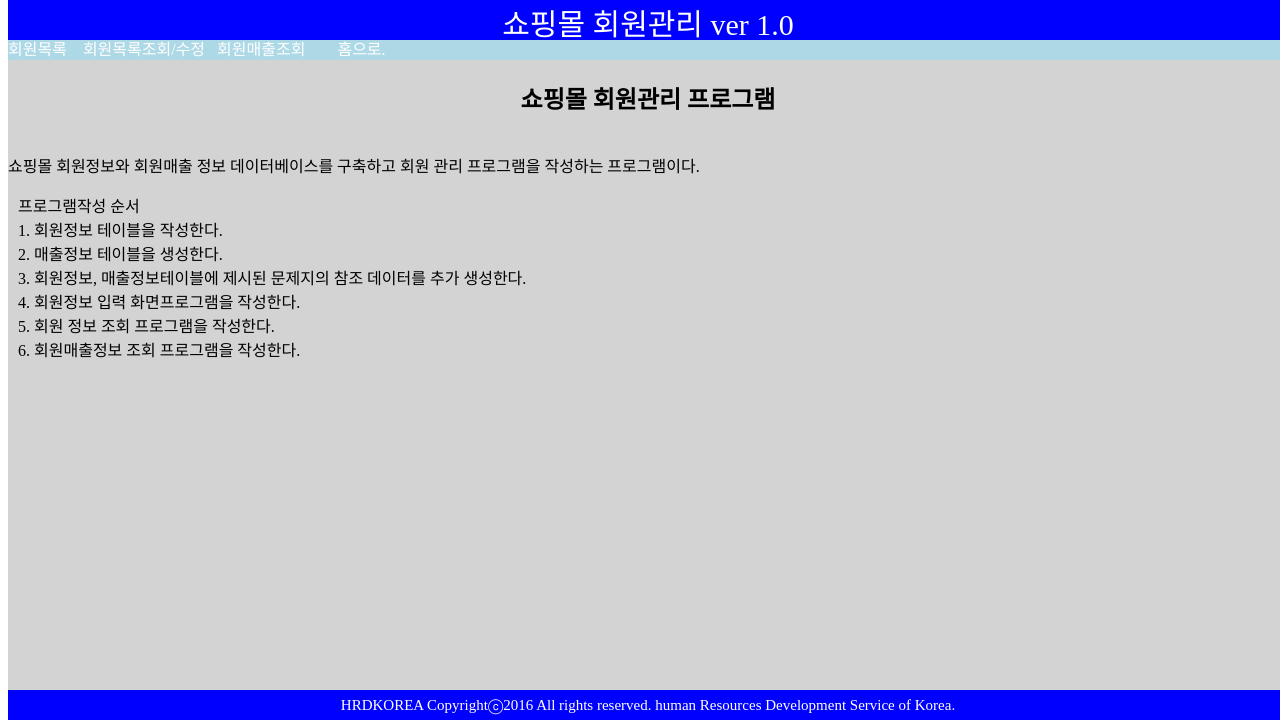
Repository: RnfElwl/youtube_infoT
Page: http://localhost/HRD_30812/
These files come from the project's save history. The page is drawn as it stood at one moment and after the next save; the edit follows.
The browser window is 1280 px wide. The pictures show the whole page.
The page is served by Tomcat 9.

Above is the page before, as saved 2022-03-10 15:43:51.

After the next save:
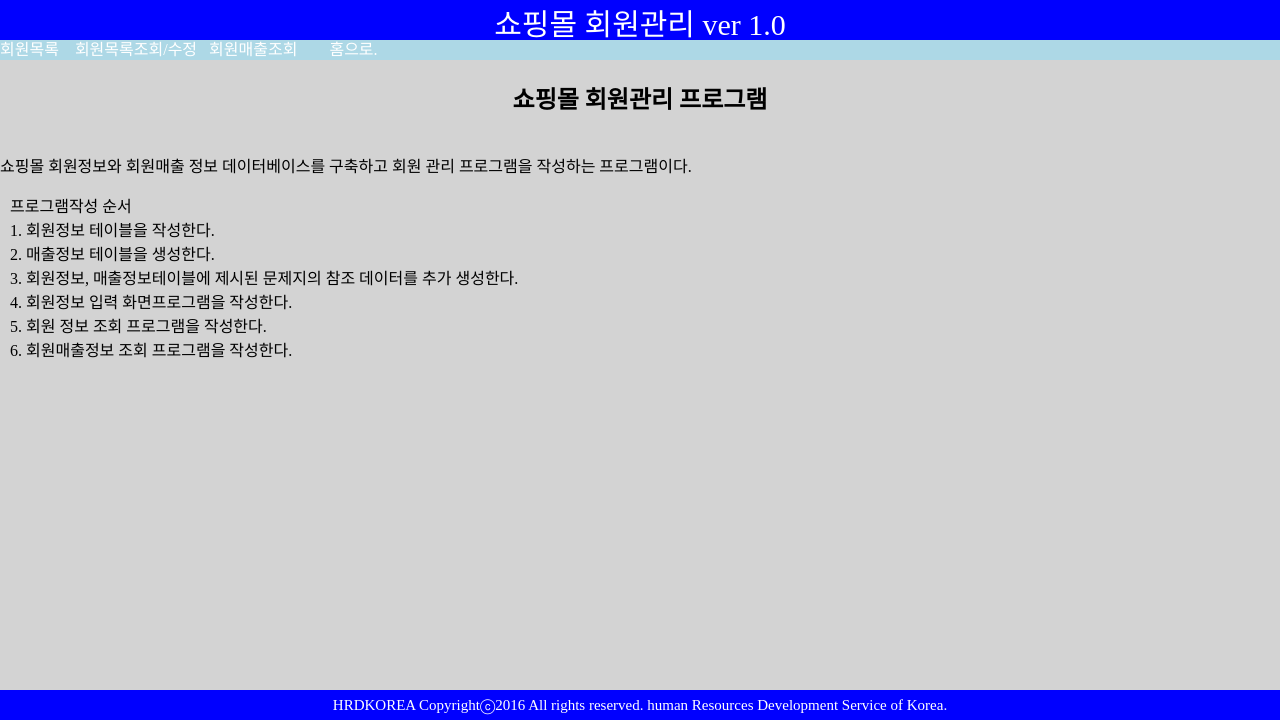
Saved 2 min 4 s later.
--- a/HRD_30812/src/main/webapp/index.jsp
+++ b/HRD_30812/src/main/webapp/index.jsp
@@ -6,7 +6,7 @@
 <meta charset="UTF-8">
 <title>index</title>
 </head>
-<body>
+<body style="margin:0; padding:0;">
 	<jsp:include page="header.jsp"/>
 	<nav style="position:fixed; top:40px; width:100%; height:20px;
 	background-color:lightblue; color:white; line-height:20px ">회원목록 &nbsp;&nbsp; 회원목록조회/수정 &nbsp;&nbsp;회원매출조회 &nbsp; &nbsp; &nbsp; &nbsp;홈으로.</nav>
